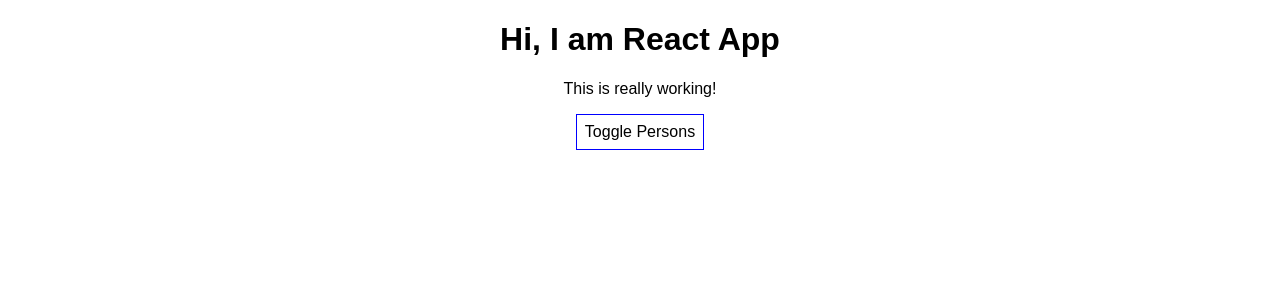
Repository: AbdulMutaal/React-Complete-Guide
Page: /
The author's editor kept a copy of each file at every save. The page is drawn from the files as they stood at one save, then again after a run of saves.
The browser window is 1280 px wide. The pictures show the whole page.
The project was rebuilt for these pictures with package versions that can differ from the ones it lists, and the page was loaded fresh each time. Also part of the build but not shown: src/Person/Person.js.

Above is the page before, as saved 2021-11-29 18:29:55.

After the next 6 saves:
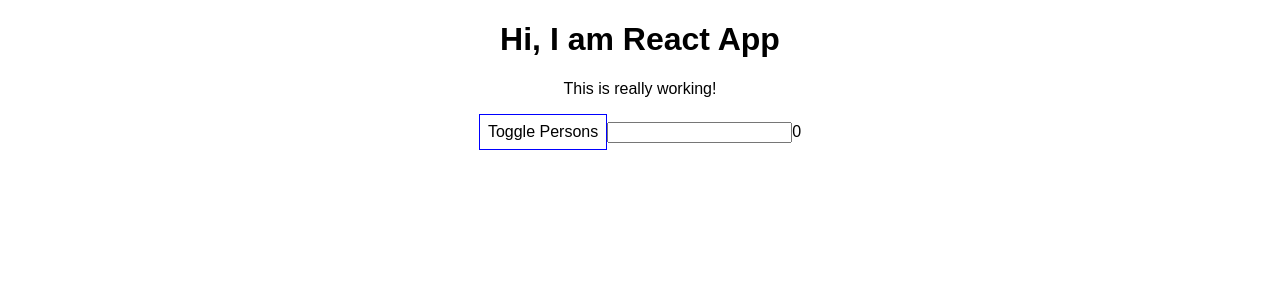
The 6 saves are shown as one change because 5 did not build or start.
The last was saved 17 min 23 s later.
--- a/src/App.js
+++ b/src/App.js
@@ -10,7 +10,9 @@ class App extends Component {
       { id: 3, name: 'Stephanie', age: 26}
     ],
     othersState: 'some other value',
-    personsState: false
+    personsState: false,
+    text: '',
+    textLength: 0
   }
 
   switchNameHandler = () => {
@@ -53,6 +55,13 @@ class App extends Component {
     this.setState({persons: person});
   }
 
+  textChangedHandler = () => {
+    let textLength = e.target.value.length;
+
+    this.setState({text: e.target.value});
+    this.setState({textLength: textLength});
+  }
+
   render () {
     const style = {
       backgroundColor: 'white',
@@ -91,6 +100,8 @@ class App extends Component {
           </button>
         { this.state.personsState ?
           person : null}
+        <input type='text' onChange={() => this.textChangedHandler()} value={this.state.text} />
+        {this.state.textLength}
       </div>
     );
   }
